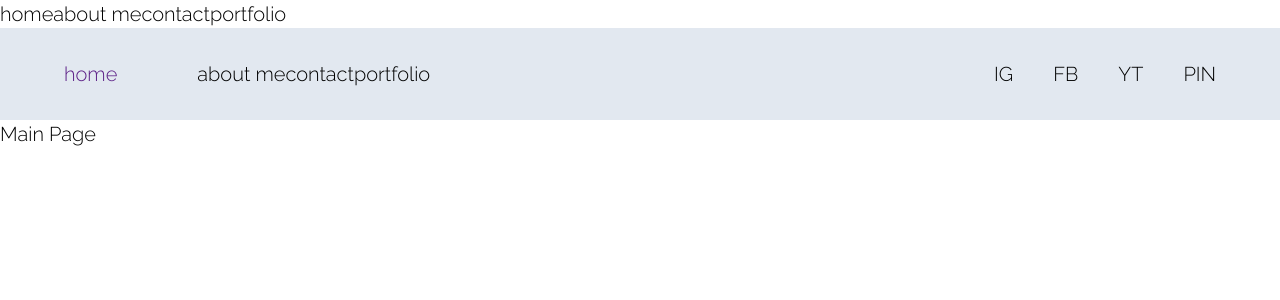
Repository: hubertrh/klaudia-personal-next
Page: /
The author's editor kept a copy of each file at every save. The page is drawn from the files as they stood at one save, then again after the next save.
The browser window is 1280 px wide. The pictures show the whole page.
The project was rebuilt for these pictures with package versions that can differ from the ones it lists, and the page was loaded fresh each time. The framework's server and built-in components were replaced by stand-ins that run in the browser. Also part of the build but not shown: next.config.js.

Above is the page before, as saved 2023-08-11 15:11:36.

### app/layout.tsx
import './globals.css';
import type { Metadata } from 'next';
import { Inter } from 'next/font/google';
import Link from 'next/link';

const inter = Inter({ subsets: ['latin'] });

export const metadata: Metadata = {
  title: 'Klaudia Rogala-Haracz',
  description: 'Portrait and reportage photography. Based in London.',
};

export default function RootLayout({
  children,
}: {
  children: React.ReactNode;
}) {
  return (
    <html lang="en">
      <body className={inter.className}>
        <header>
          <nav>
            <Link href="#!">home</Link>
            <Link href="#!">about me</Link>
            <Link href="#!">contact</Link>
            <Link href="#!">portfolio</Link>
          </nav>
          <div></div>
        </header>
        {children}
      </body>
    </html>
  );
}

### app/(site)/layout.tsx
import '../globals.css';
import type { Metadata } from 'next';
import { Raleway } from 'next/font/google';
import Link from 'next/link';

const raleway = Raleway({ weight: '300', subsets: ['latin'] });

export const metadata: Metadata = {
  title: 'Klaudia Rogala-Haracz',
  description: 'Portrait and reportage photography. Based in London.',
};

export default function RootLayout({
  children,
}: {
  children: React.ReactNode;
}) {
  return (
    <html lang="en">
      <body className={`${raleway.className} text-xl`}>
        <header className="flex justify-between bg-slate-200 px-16 py-8">
          <nav>
            <Link className="!pr-20 text-primary" href="#!">
              home
            </Link>
            <Link href="#!">about me</Link>
            <Link href="#!">contact</Link>
            <Link href="/portfolio">portfolio</Link>
          </nav>
          <div>
            <Link
              className="social-icon"
              href="https://www.instagram.com/_klaudiarogala/"
            >
              IG
            </Link>
            <Link
              className="social-icon"
              href="https://www.facebook.com/klaudiarogalaphotographer/"
            >
              FB
            </Link>
            <Link
              className="social-icon"
              href="https://www.youtube.com/channel/UCyVfMWp16X_wYCG9213YOQw/"
            >
              YT
            </Link>
            <Link
              className="social-icon"
              href="https://www.pinterest.com/zuzannnnaa/"
            >
              PIN
            </Link>
            {/* <a class="lang-btn" href="/pl/index.html"><img src="/icons/flag-pl.svg" /></a> */}
          </div>
        </header>
        {children}
      </body>
    </html>
  );
}

### app/(site)/page.tsx
export default function Home() {
  return <div>Main Page</div>;
}

### app/globals.css
@tailwind base;
@tailwind components;
@tailwind utilities;

:root {
  --foreground-rgb: 0, 0, 0;
  --background-rgb: 255, 255, 255;
}

body {
  color: rgb(var(--foreground-rgb));
  background: rgb(var(--background-end-rgb));
}

.nav {
  @apply relative;
}

.nav > * {
  @apply pr-12 transition-all duration-300 before:absolute before:bottom-0 before:h-1 before:w-full before:bg-primary before:content-['.'] hover:text-primary;
}

.social-icon {
  @apply pl-10;
}

### tailwind.config.js
/** @type {import('tailwindcss').Config} */
module.exports = {
  content: [
    './pages/**/*.{js,ts,jsx,tsx,mdx}',
    './components/**/*.{js,ts,jsx,tsx,mdx}',
    './app/**/*.{js,ts,jsx,tsx,mdx}',
  ],
  theme: {
    extend: {
      colors: {
        primary: '#5D2187',
      },
      backgroundImage: {
        'gradient-radial': 'radial-gradient(var(--tw-gradient-stops))',
        'gradient-conic':
          'conic-gradient(from 180deg at 50% 50%, var(--tw-gradient-stops))',
      },
    },
  },
  plugins: [],
};

After the next save:
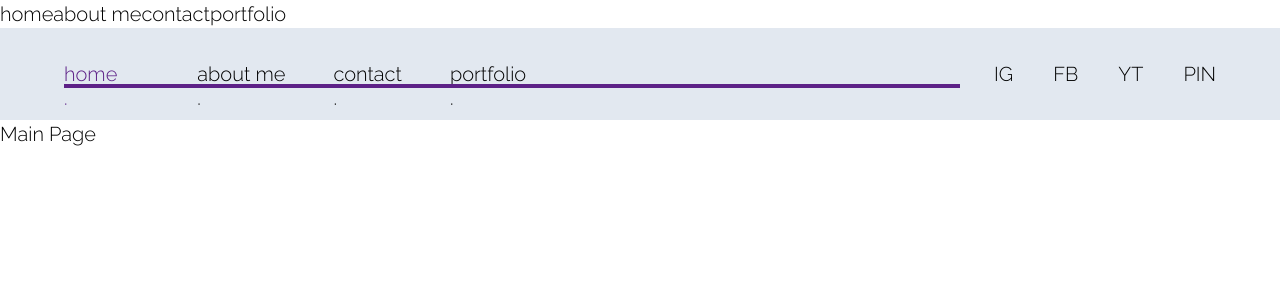
Saved 8 s later.
--- a/app/(site)/layout.tsx
+++ b/app/(site)/layout.tsx
@@ -19,7 +19,7 @@ export default function RootLayout({
     <html lang="en">
       <body className={`${raleway.className} text-xl`}>
         <header className="flex justify-between bg-slate-200 px-16 py-8">
-          <nav>
+          <nav className="nav">
             <Link className="!pr-20 text-primary" href="#!">
               home
             </Link>
